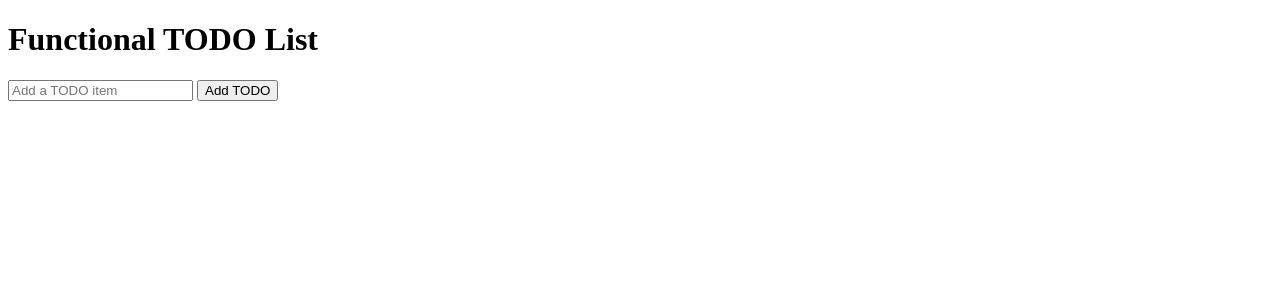
Repository: KingBoyMaylow/Assignment
Page: index.html
The author's editor kept a copy of each file at every save. The page is drawn from the files as they stood at one save, then again after a run of saves.
The browser window is 1280 px wide. The pictures show the whole page.

Above is the page before, as saved 2024-04-30 13:05:02.

### index.html
<!DOCTYPE html>
<html lang="en">
<head>
<meta charset="UTF-8">
<meta name="viewport" content="width=device-width, initial-scale=1.0">
<title>My website</title>
<link rel="html.css"
</head>
<body>
<h1>Functional TODO List</h1>
<input type="text" id="todoInput" placeholder="Add a TODO item">
<button onclick="addTodo()">Add TODO</button>
<ul id="todoList"></ul>

<script>
// State to manage TODO items
let todos = [];

// Function to add a TODO item
function addTodo() {
    const todoInput = document.getElementById("todoInput");
    const newTodo = todoInput.value;

    if (newTodo.trim() !== "") {
        todos.push(newTodo);
        displayTodoList();
        todoInput.value = "";
    } else {
        alert("Please enter a valid TODO item.");
    }
}

// Function to remove a TODO item
function removeTodo(index) {
    todos.splice(index, 1);
    displayTodoList();
}

// Function to display the updated TODO list
function displayTodoList() {
    const todoList = document.getElementById("todoList");
    todoList.innerHTML = "";

    todos.map((todo, index) => {
        const li = document.createElement("li");
        li.textContent = todo;

        const removeBtn = document.createElement("button");
        removeBtn.textContent = "Remove";
        removeBtn.onclick = () => removeTodo(index);

        li.appendChild(removeBtn);
        todoList.appendChild(li);
    });
}
</script>
</body>
</html>

After the next 7 saves:
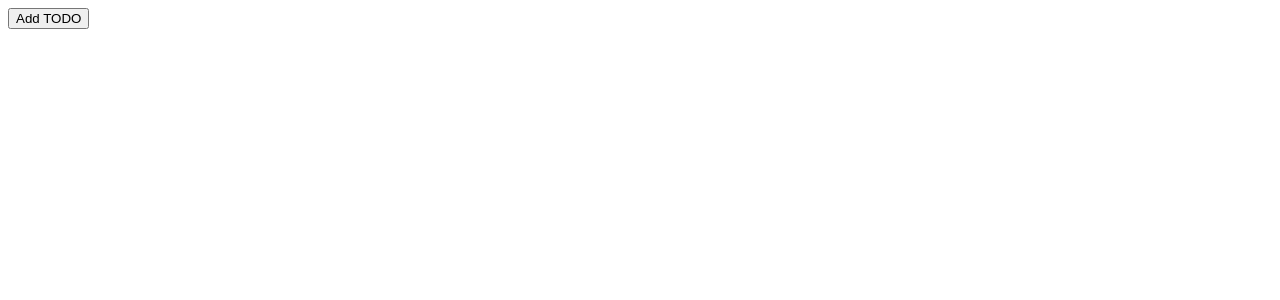
The 7 saves are shown as one change because they came seconds apart.
The last was saved 25 s later.
--- a/index.html
+++ b/index.html
@@ -4,7 +4,7 @@
 <meta charset="UTF-8">
 <meta name="viewport" content="width=device-width, initial-scale=1.0">
 <title>My website</title>
-<link rel="html.css"
+<link rel="stylesheet
 </head>
 <body>
 <h1>Functional TODO List</h1>

After the save that followed:
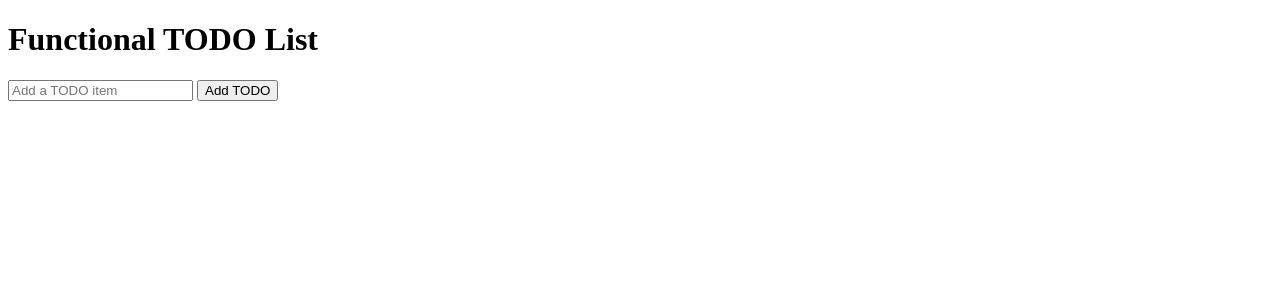
Saved 4 s later.
--- a/index.html
+++ b/index.html
@@ -4,7 +4,7 @@
 <meta charset="UTF-8">
 <meta name="viewport" content="width=device-width, initial-scale=1.0">
 <title>My website</title>
-<link rel="stylesheet
+<link rel="stylesheet"
 </head>
 <body>
 <h1>Functional TODO List</h1>
